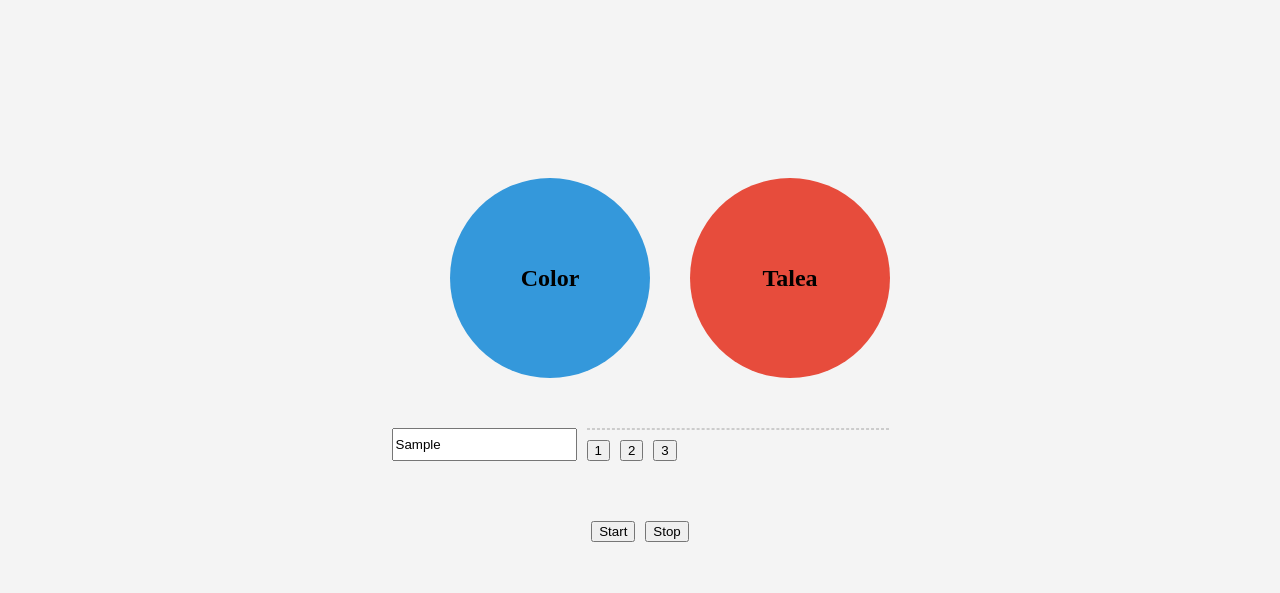
Repository: boshi-an/Isorhythm
Page: .vscode/Isorhythm/index.html
An editor plug-in stored every save of this project. The page is shown before and after the next save, followed by the edit.
The browser window is 1280 px wide. The pictures show the whole page.
Empty fields were first filled with sample values (such as "Sample", 5 or name@example.com).
After loading, the first visible `#button1` was clicked once.
Pictures or frames that could not be fetched are drawn as grey boxes.

Above is the page before, as saved 2023-10-19 00:03:42.
Console error: TypeError: Cannot read properties of null (reading 'value')

### .vscode/Isorhythm/index.html
<!DOCTYPE html>
<html lang="en">

<head>
    <meta charset="UTF-8">
    <meta name="viewport" content="width=device-width, initial-scale=1.0">
    <title>Rotating Circles</title>
    <link rel="stylesheet" href="styles.css">
</head>

<body>
    <div class="circleContainer">
        <div class="circle" id="circle1">
            <div class="letter">Color</div>
        </div>
        <div class="circle" id="circle2">
            <div class="letter">Talea</div>
        </div>
    </div>
    <div class="inputContainer">
        <input type="text" id="input1" placeholder="Input Color">
        <div class="taleaInputContainer">
            <div class="imageArea" id="noteInputBox"></div>
            <!-- <div class="taleaInputBox">
                <input type="text" id="input2" placeholder="Input Talea" disabled>
            </div> -->
            <div class="taleaInputButton">
                <button id="button1" onclick="addNote(1);">1</button>
                <button id="button2" onclick="addNote(2);">2</button>
                <button id="button3" onclick="addNote(3);">3</button>
            </div>
        </div>
    </div>
    <div class="uiContainer">
        <button id="startBtn">Start</button>
        <button id="stopBtn">Stop</button>
    </div>
    <script src="script.js"></script>
</body>

</html>

### .vscode/Isorhythm/styles.css
body {
    display: flex;
    flex-direction: column;
    /* Stack child elements vertically */
    justify-content: center;
    /* Center the content vertically */
    align-items: center;
    /* Center the content horizontally */
    height: 100vh;
    background-color: #f4f4f4;
    overflow: hidden;
    margin: 0;
    gap: 50px;
    /* Space between the circle container and the button container */
}

.circleContainer {
    display: flex;
    align-items: center;
    width: 420px;
    /* Adjust based on your circle sizes */
}

.inputContainer {
    display: flex;
    gap: 10px;
    margin-bottom: 10px;
}

.taleaInputContainer {
    display: flex;
    flex-direction: column;
    gap: 10px;
    margin-bottom: 0px;
}

.taleaInputBox {
    display: flex;
    gap: 10px;
}

.taleaInputButton {
    display: flex;
    gap: 10px;
}

.circle {
    width: 200px;
    height: 200px;
    border-radius: 50%;
    position: relative;
    display: flex;
    flex-shrink: 0;
    align-items: center;
    justify-content: center;
    margin: 0 20px;
}

.uiContainer {
    display: flex;
    gap: 10px;
}

.triangle {
    width: 0;
    height: 0;
    border-left: 50px solid transparent;
    border-right: 50px solid transparent;
    border-bottom: 87px solid #3498db;
    will-change: transform;
    transform-origin: 50% 50%;
}

.letter {
    position: absolute;
    font-size: 1.5em;
    font-weight: bold;
    top: 50%;
    left: 50%;
    transform-origin: 50% 50%;
    transform: translate(-50%, -50%);  /* Centering the letters */
}

.noteImg {
    max-width: 6%;
    position: absolute;
    font-size: 1.5em;
    font-weight: bold;
    top: 50%;
    left: 50%;
    transform-origin: 50% 50%;
    transform: translate(-50%, -50%);
}

#triangle1 {
    border-bottom: 87px solid #3498db;
    /* background-color: #3498db; */
}

#triangle2 {
    border-bottom: 87px solid #e74c3c;
    /* background-color: #e74c3c; */
}

#circle1 {
    background-color: #3498db;
}

#circle2 {
    background-color: #e74c3c;
}

.imageArea {
    width: 300px;
    height: auto;
    border: 1px dashed #ccc;
    display: flex;
    flex-wrap: wrap;
    align-items: center;
}

.imageArea img {
    max-width: 6%;
    margin: 5px;
}

### .vscode/Isorhythm/script.js
let angle1 = 180;
let angle2 = 0;
let letterPos = +20;
let circle1Size = 100;
let circle2Size = 100;
let rotateDist = 0;
let talea = [];
let animationId;
const circle1 = document.getElementById('circle1');
const circle2 = document.getElementById('circle2');

function rotateCircle() {
    rotateDist += 1;
    angle1 = (100 * rotateDist / circle1Size) % 360;
    angle2 = (-100 * rotateDist / circle2Size) % 360;
    circle1.style.transform = `rotate(${angle1}deg)`;
    circle2.style.transform = `rotate(${angle2}deg)`;
    animationId = requestAnimationFrame(rotateCircle);
}

document.getElementById('startBtn').addEventListener('click', () => {
    cancelAnimationFrame(animationId);
    rotateCircle();
});

document.getElementById('stopBtn').addEventListener('click', () => {
    rotateDist = 0;
    circle1.style.transform = `rotate(0deg)`;
    circle2.style.transform = `rotate(0deg)`;
    cancelAnimationFrame(animationId);
});

function updateLetters(circleId, inputText, bias) {
    const circle = document.getElementById(circleId);

    let circleR = inputText.length * 10;
    circle.style.width = `${circleR * 2}px`;
    circle.style.height = `${circleR * 2}px`;

    const size = circle.offsetWidth + letterPos;
    let rotateAngle = 0;
    let innerHTML = ""
    if (circleId == "circle1") {
        circle1Size = circle.offsetWidth;
        rotateAngle = 0;
        innerHTML = "<div class=\"letter\">Color</div>";
    }
    else if (circleId == "circle2") {
        circle2Size = circle.offsetWidth;
        rotateAngle = 180;
        innerHTML = "<div class=\"letter\">Talea</div>";
    }


    // Remove any existing letters
    if (size <= 100) {
        circle.innerHTML = "";
    }
    else {
        circle.innerHTML = innerHTML;
    }

    // Add new letters
    for (let i = 0; i < inputText.length; i++) {
        const angle = (i / inputText.length) * 360;
        const letterElem = document.createElement('div');
        letterElem.className = 'letter';
        letterElem.style.transform = `translate(-50%, -50%) rotate(${angle + bias}deg) translate(${size / 2}px) rotate(${rotateAngle}deg)`;
        letterElem.innerText = inputText[i];
        circle.appendChild(letterElem);
    }
}

function updateTalea(circleId, inputNote, bias) {
    const circle = document.getElementById(circleId);

    let circleR = inputNote.length * 10;
    circle.style.width = `${circleR * 2}px`;
    circle.style.height = `${circleR * 2}px`;

    const size = circle.offsetWidth + letterPos;
    let rotateAngle = 0;
    let innerHTML = ""
    if (circleId == "circle1") {
        circle1Size = circle.offsetWidth;
        rotateAngle = 0;
        innerHTML = "<div class=\"letter\">Color</div>";
    }
    else if (circleId == "circle2") {
        circle2Size = circle.offsetWidth;
        rotateAngle = 180;
        innerHTML = "<div class=\"letter\">Talea</div>";
    }


    // Remove any existing letters
    if (size <= 100) {
        circle.innerHTML = "";
    }
    else {
        circle.innerHTML = innerHTML;
    }

    // Add new letters
    for (let i = 0; i < inputNote.length; i++) {
        const angle = (i / inputNote.length) * 360;
        const letterElem = document.createElement('div');
        letterElem.className = 'letter';
        letterElem.style.transform = `translate(-50%, -50%) rotate(${angle + bias}deg) translate(${size / 2}px) rotate(${rotateAngle}deg)`;
        letterElem.innerText = inputNote[i];
        circle.appendChild(letterElem);
    }
}

function addNote(number) {
    // alert(number);
    document.getElementById('input2').value += number;
    // Get the image area div
    const imageArea = document.getElementById('imageArea');

    // Create a new img element
    const img = document.createElement('img');
    img.src = imageSrc;

    // Append the img to the image area
    imageArea.appendChild(img);
    // updateTalea('input2');
    // updateLetters('circle2', 'input2', 180);
}

document.getElementById('input1').addEventListener('input', () => updateLetters('circle1', document.getElementById('input1').value, 0));
// document.getElementById('input2').addEventListener('input', () => updateLetters('circle2', 'input2', 180));
// document.getElementById('input2').addEventListener('input', () => updateTalea('input2'));

// document.getElementById("button1").onclick = function () { addNumber(1); };

After the next save:
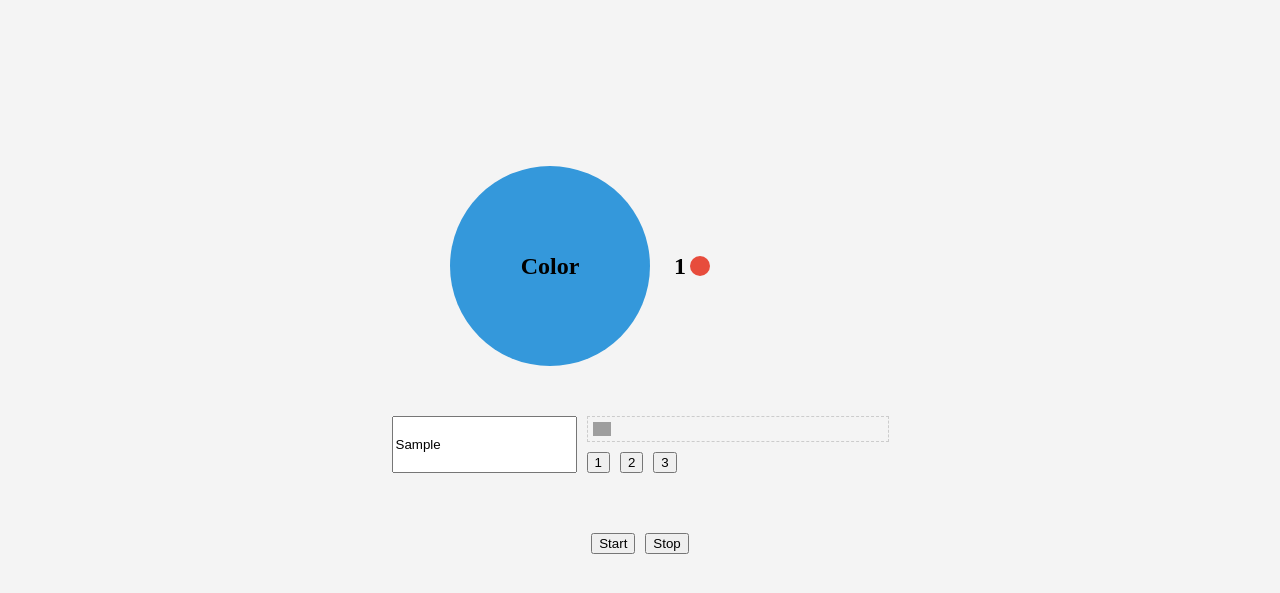
The error is gone.
Saved 2 min 6 s later.
--- a/.vscode/Isorhythm/script.js
+++ b/.vscode/Isorhythm/script.js
@@ -114,18 +114,19 @@ function updateTalea(circleId, inputNote, bias) {
 
 function addNote(number) {
     // alert(number);
-    document.getElementById('input2').value += number;
+    // document.getElementById('input2').value += number;
     // Get the image area div
-    const imageArea = document.getElementById('imageArea');
+    talea.push(number);
+    const imageArea = document.getElementById('noteInputBox');
 
     // Create a new img element
     const img = document.createElement('img');
-    img.src = imageSrc;
+    img.src = `static/note${number}.png`;
 
     // Append the img to the image area
     imageArea.appendChild(img);
     // updateTalea('input2');
-    // updateLetters('circle2', 'input2', 180);
+    updateTalea('circle2', talea, 180);
 }
 
 document.getElementById('input1').addEventListener('input', () => updateLetters('circle1', document.getElementById('input1').value, 0));
